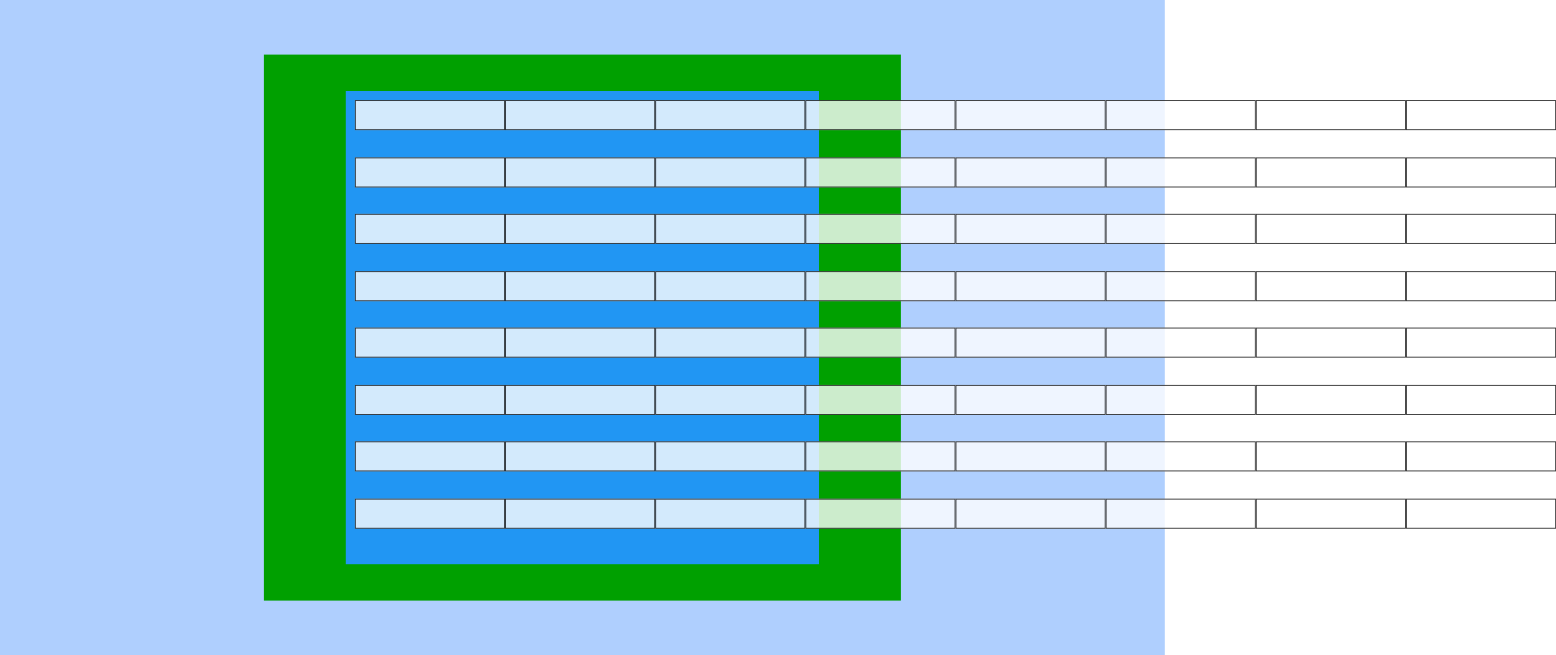
Repository: eliaoucohen72/react-reversi
Page: /
These files come from the project's save history. The page is drawn as it stood at one moment and after the next save; the edit follows.
The browser window is 1280 px wide. The page is 1710 px wide, then 1280 px, then 1710 px, so the pictures cover 1710 px, including what lies to the right of the window. The pictures show the whole page, at 91% of full size.
The project was rebuilt for these pictures with package versions that can differ from the ones it lists, and the page was loaded fresh each time. Also part of the build but not shown: vite.config.ts.

Above is the page before, as saved 2024-08-26 12:49:40.

After the next save:
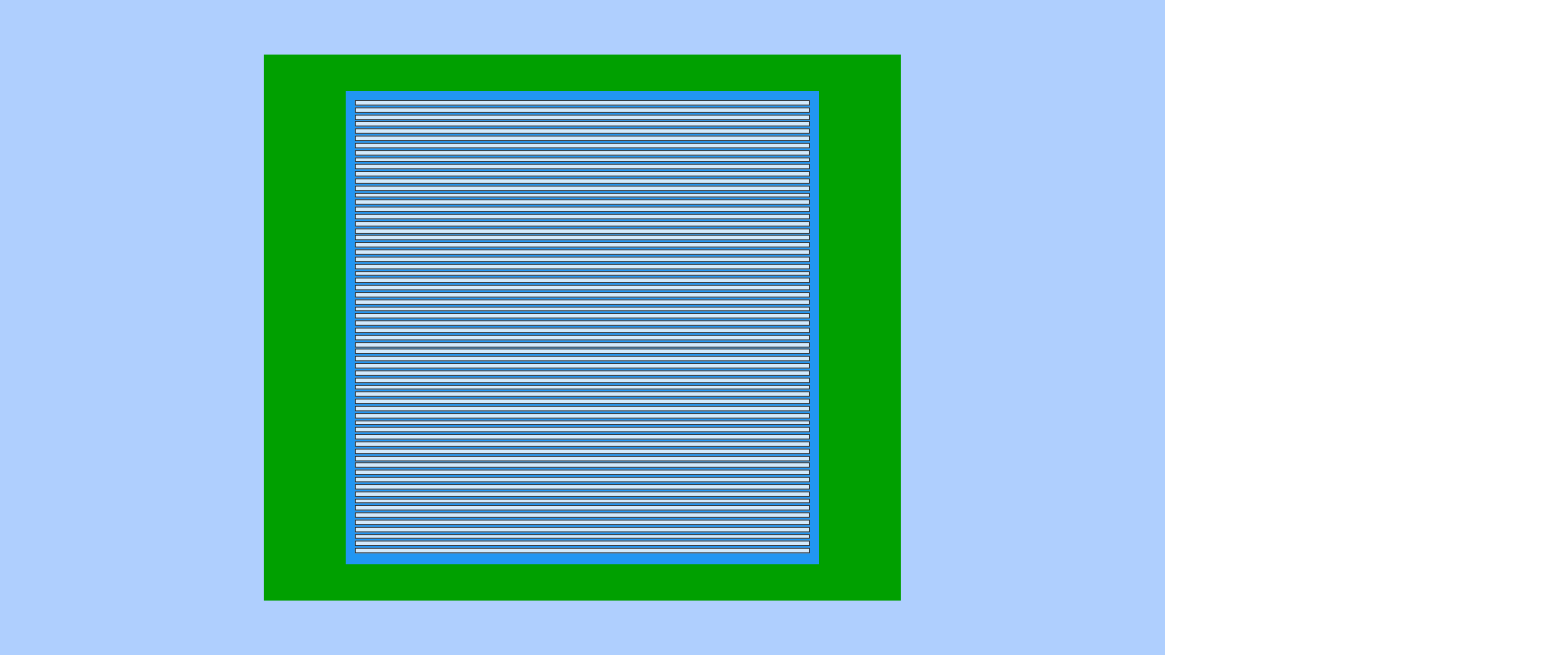
Saved 29 s later.
--- a/src/App.css
+++ b/src/App.css
@@ -1,6 +1,6 @@
 .grid-container {
   display: grid;
-  grid-template-columns: 33% 33% 33% 33% 33% 33% 33% 33%;
+  grid-template-columns: (100% / 8) (100% / 8) (100% / 8) (100% / 8) (100% / 8) (100% / 8) (100% / 8) (100% / 8);
   background-color: #2196f3;
   padding: 10px;
   width: 500px;
@@ -10,6 +10,6 @@
   background-color: rgba(255, 255, 255, 0.8);
   border: 1px solid rgba(0, 0, 0, 0.8);
   text-align: center;
-  width: 33%px;
+  width: (100% / 8)px;
   height: 50%;
 }

After the save that followed:
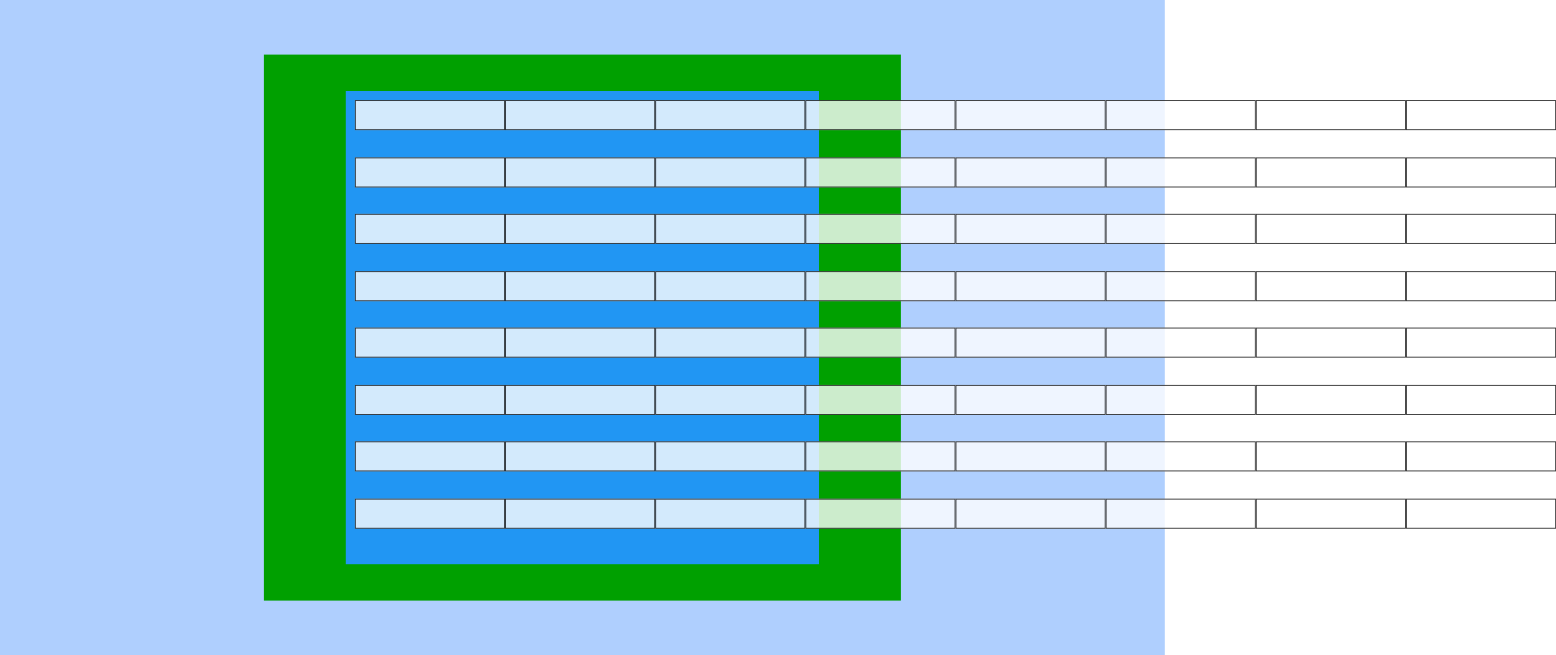
Saved 4 s later.
--- a/src/App.css
+++ b/src/App.css
@@ -1,6 +1,6 @@
 .grid-container {
   display: grid;
-  grid-template-columns: (100% / 8) (100% / 8) (100% / 8) (100% / 8) (100% / 8) (100% / 8) (100% / 8) (100% / 8);
+  grid-template-columns: 33% 33% 33% 33% 33% 33% 33% 33%;
   background-color: #2196f3;
   padding: 10px;
   width: 500px;
@@ -10,6 +10,6 @@
   background-color: rgba(255, 255, 255, 0.8);
   border: 1px solid rgba(0, 0, 0, 0.8);
   text-align: center;
-  width: (100% / 8)px;
+  width: 33%px;
   height: 50%;
 }
